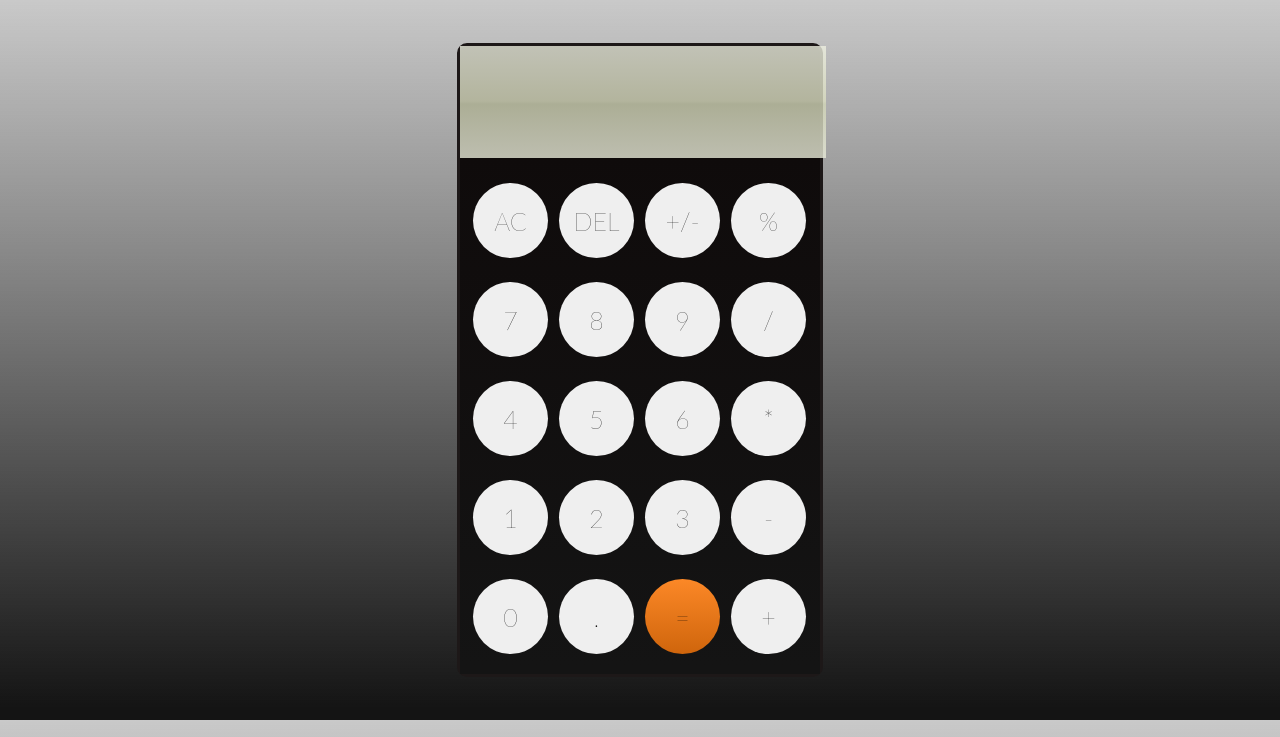
Repository: MhlengiNgubane/BrainnestJsTwo
Page: index.html
An editor plug-in stored every save of this project. The page is shown before and after the next save, followed by the edit.
The browser window is 1280 px wide. The pictures show the whole page.

Above is the page before, as saved 2022-09-12 09:28:55.

After the next save:
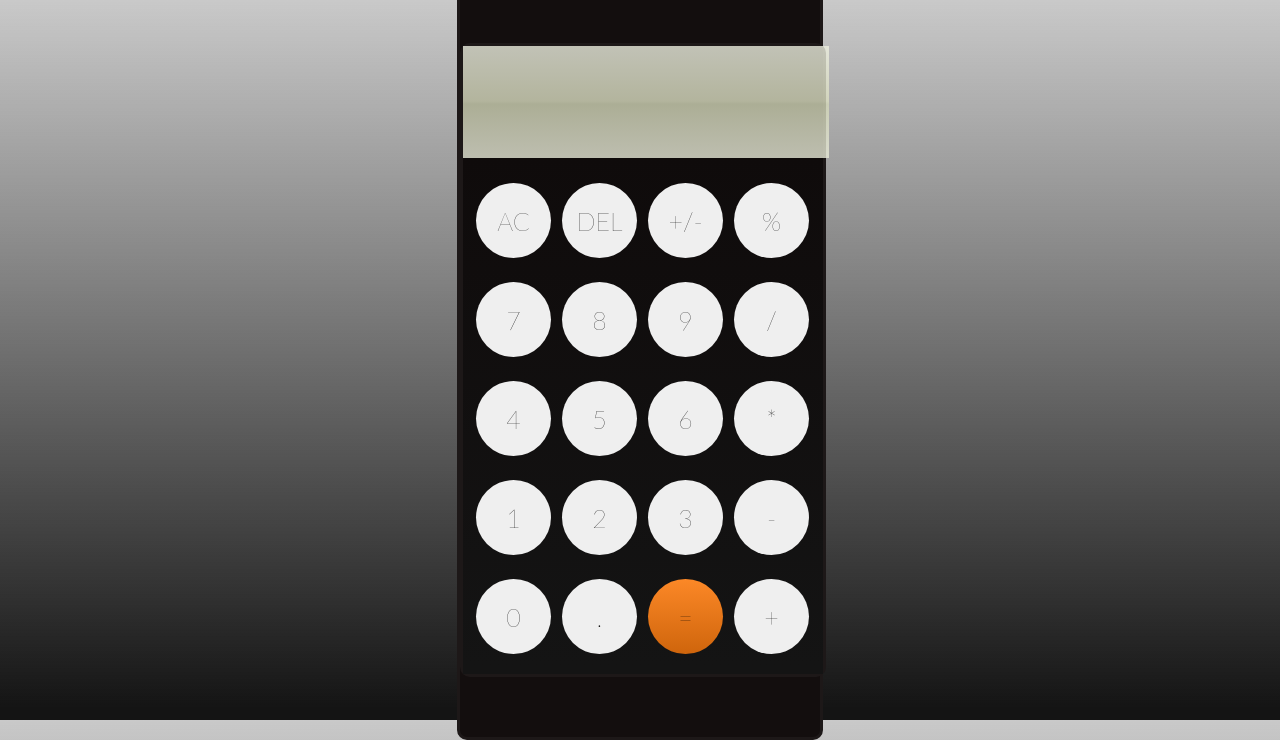
Saved 4 s later.
--- a/style.css
+++ b/style.css
@@ -18,7 +18,17 @@
     justify-content: center;
 }
 
-
+.wrapper{
+    align-items: center;
+    margin: auto;
+    margin-top: 60px;
+    width: 360px;
+    border: 20px;
+    border: 3px solid #1d1818;
+    background-color: #130e0e;
+    border-radius: 10px;
+    margin-bottom: 60px;
+}
 
 .container{
     align-items: center;
@@ -40,7 +50,7 @@
     text-align:  end;
     font-size: 48px;
     line-height: 112px;
-    display: flex;<input type="text" class="input" value="" disabled />
+    display: flex;
     align-items: center;
     justify-content: end;
     color: #000000;

After the save that followed:
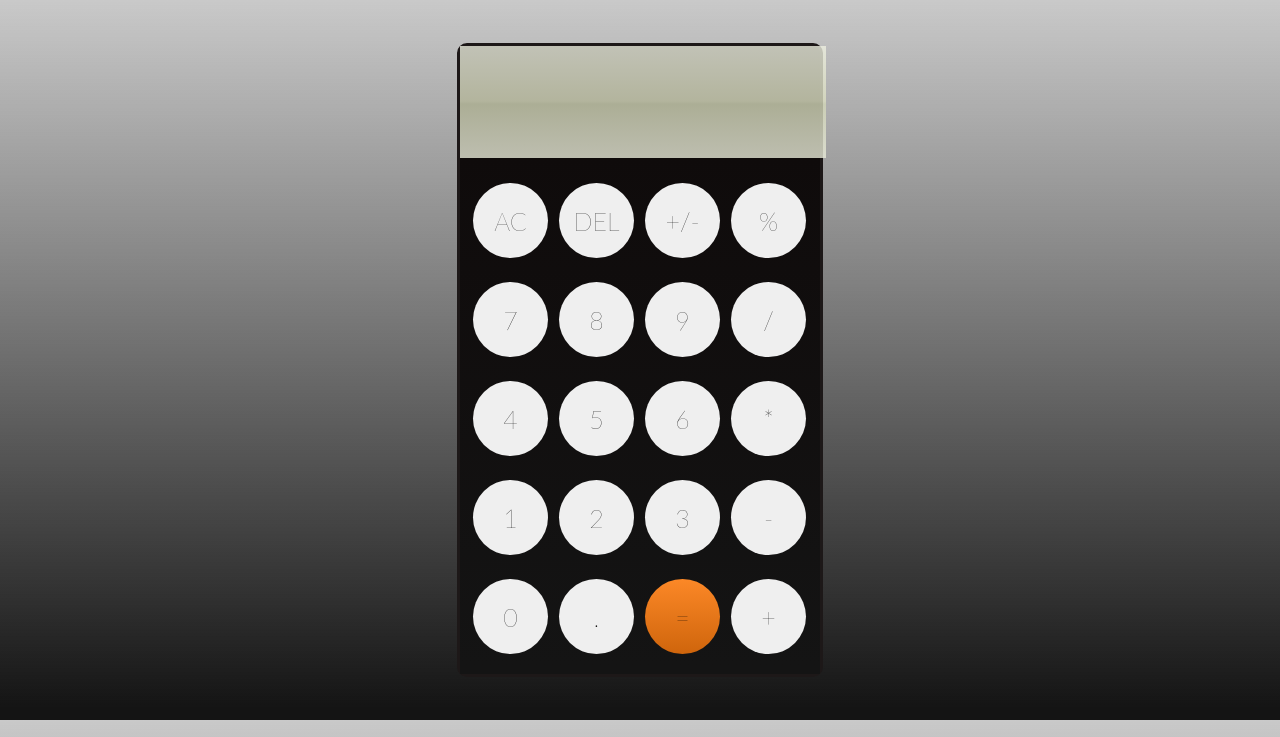
Saved 7 s later.
--- a/style.css
+++ b/style.css
@@ -18,17 +18,7 @@
     justify-content: center;
 }
 
-.wrapper{
-    align-items: center;
-    margin: auto;
-    margin-top: 60px;
-    width: 360px;
-    border: 20px;
-    border: 3px solid #1d1818;
-    background-color: #130e0e;
-    border-radius: 10px;
-    margin-bottom: 60px;
-}
+
 
 .container{
     align-items: center;
